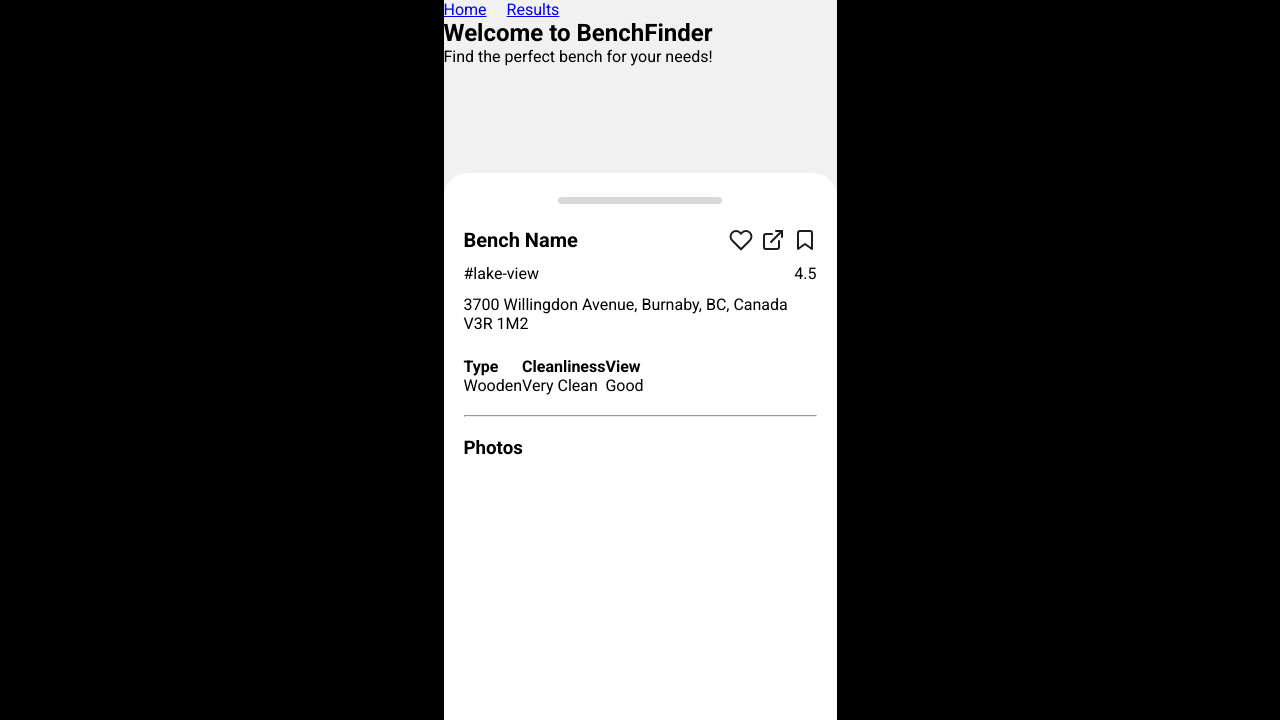
Repository: HidayatPatil/BenchFinder
Page: /
The author's editor kept a copy of each file at every save. The page is drawn from the files as they stood at one save, then again after the next save.
The browser window is 1280 px wide. The pictures show the whole page.
The project was rebuilt for these pictures with package versions that can differ from the ones it lists, and the page was loaded fresh each time. Also part of the build but not shown: vite.config.js, src/Results.jsx.

Above is the page before, as saved 2025-10-09 21:33:24.

### index.html
<!doctype html>
<html lang="en">
  <head>
    <meta charset="UTF-8" />
    <link rel="icon" type="image/svg+xml" href="/vite.svg" />
    <meta name="viewport" content="width=device-width, initial-scale=1.0" />
    <title>benchfinder</title>
  </head>
  <body>
    <div id="root"></div>
    <script type="module" src="/src/main.jsx"></script>
  </body>
</html>

### src/index.css
@import url('https://fonts.googleapis.com/css2?family=Roboto:wght@400;700&display=swap');

/* Reset default margins and padding */
* {
    margin: 0;
    padding: 0;
    box-sizing: border-box;
}

body, html {
    width: 100%;
    height: 100%;
    overflow: hidden;
    background-color: black;
    display: flex;
    justify-content: center;
    align-items: center;
    font-family: 'Roboto', sans-serif;
}

#root {
    width: 393px;
    min-width: 320px;
    max-width: 425px;
    height: 100vh;
    background-color: rgb(0, 0, 0);
    position: relative;
}

.app_body {
    width: 393px;
    min-width: 320px;
    max-width: 425px;
    height: 100%;
    background-color: #F1F1F1;
    margin: 0 auto;
    position: relative;
}

.drawer_container {
    height: 547px;
    position: absolute;
    bottom: 0;
    padding: 0 20px;
    background-color: #FFFFFF;
    border-radius: 24px 24px 0 0;
}

.drawer_handle {
    width: 164px;
    height: 7px;
    border-radius: 100px;
    background-color: #D9D9D9;
    margin: 24px auto;
}

.bench_data {
    display: flex;
    flex-direction: column;
    gap: 20px;
}

.bench_information {
    display: flex;
    flex-direction: column;
    gap: 24px;
}

.data_metadata {
    display: flex;
    flex-direction: column;
    gap: 12px;
}

.metadata_name_options {
    display: flex;
    justify-content: space-between;
    align-items: center;

    h2 {
        font-size: 20px;
        font-weight: 600;
    }

    .bench_metadata_options {
        display: flex;
        gap: 8px;
    }

    .option_icons {
        height: 24px;
        width: 24px;
        color: #1C1B1F;
    }
}

.metadata_tags_rating {
    display: flex;
    justify-content: space-between;
    align-items: center;
}

.data_bench_overview {
    display: flex;

}

### src/App.jsx
import { Routes, Route, Link } from 'react-router-dom'
import Result from './Results'
import Home from './Home'

export default function App(){
  return (
    <div className="app_body">
      {/* <h1 className="container">BenchFinder App</h1> */}
      <nav>
        <Link to="/" style={{ marginRight: '20px' }}>Home</Link>
        <Link to="/results">Results</Link>
      </nav>

      <Routes>
        <Route path="/" element={<Home />} />
        <Route path="/results" element={<Result />} />
      </Routes>
    </div>
  )
}

### src/Home.jsx
import ContentDrawer from "./components/contentDrawer"

export default function Home() {
  return (
    <div>
      <h2>Welcome to BenchFinder</h2>
      <p>Find the perfect bench for your needs!</p>
      <div className="google_maps">
        <img />
      </div>
      <ContentDrawer />
    </div>
  )
}

### src/components/contentDrawer.jsx
import { FiHeart } from "react-icons/fi";
import { FiExternalLink } from "react-icons/fi";
import { FiBookmark } from "react-icons/fi";
import { IconContext } from "react-icons";

export default function ContentDrawer() {
  return (
    <div className="drawer_container">
      <div className="drawer_handle"></div>
      <div className="bench_data"> {/* main container holding data */}
        <div className="bench_information">  {/* section above the line break */}
          <div className="data_metadata">
            <div className="metadata_name_options">
              <h2>Bench Name</h2>
              <div className="bench_metadata_options">
                <IconContext.Provider value={{ className: "option_icons" }}>
                  <FiHeart />
                  <FiExternalLink />
                  <FiBookmark />
                </IconContext.Provider>
              </div>
            </div>
            <div className="metadata_tags_rating">
              <div className="bench_tags">#lake-view</div>
              <div className="bench_rating">4.5</div>
            </div>
            <p className="metadata_address">
              3700 Willingdon Avenue, Burnaby, BC, Canada V3R 1M2
            </p>
          </div>
          <div className="data_bench_overview">
            <div className="bench_type">
              <h4 className="overview_title">Type</h4>
              <p className="overview_content">Wooden</p>
            </div>
            <span className="box_data_seperators"/>
            <div className="bench_cleanliness">
              <h4 className="overview_title">Cleanliness</h4>
              <p className="overview_content">Very Clean</p>
            </div>
            <div className="bench_view">
              <h4 className="overview_title">View</h4>
              <p className="overview_content">Good</p>
            </div>
          </div>
        </div>
        <hr /> {/* line break */}
        <div className="bench_photos">
          <div className="photos_heading">
            <h3>Photos</h3>
            {/* <img "add plus icon" />  */}
          </div>
          <div className="photos_gallery">
            <div className="gallery_image"></div>
            <div className="gallery_image"></div>
            <div className="gallery_image"></div>
          </div>
        </div>
      </div>
    </div>
  );
}

Loaded but not shown: src/main.jsx (common file)

After the next save:
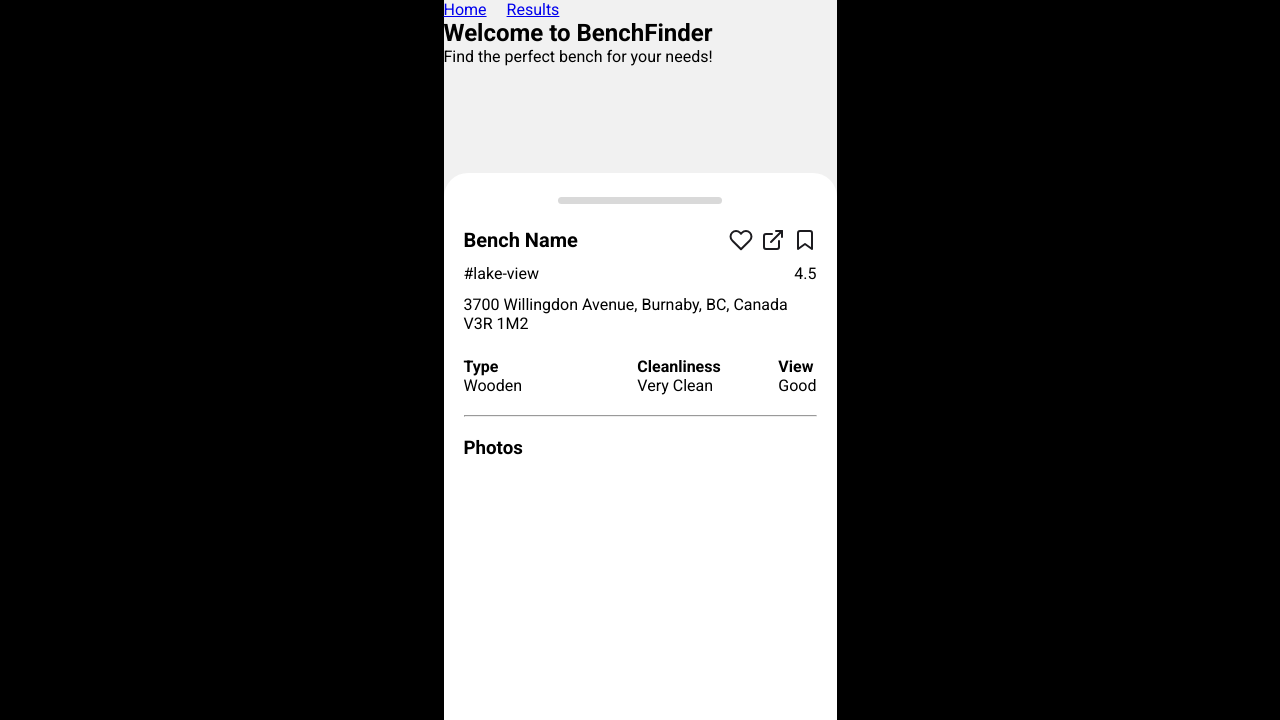
Saved 34 s later.
--- a/src/index.css
+++ b/src/index.css
@@ -102,5 +102,7 @@ body, html {
 
 .data_bench_overview {
     display: flex;
+    justify-content: space-between;
+    align-items: center;
 
 }
